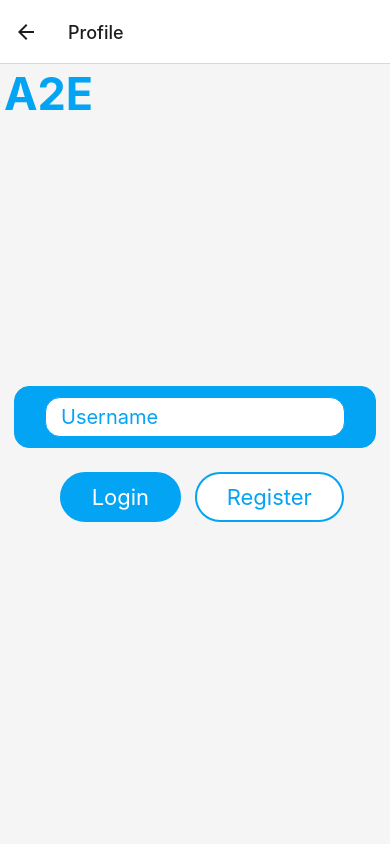
Repository: amartinM1/A2E-UI
Page: /Profile
The author's editor kept a copy of each file at every save. The page is drawn from the files as they stood at one save, then again after the next save.
The browser window is 390 px wide. The pictures show the whole page.
The app was drawn by React Native's web renderer in a window 390 px wide. The project was rebuilt for these pictures with package versions that can differ from the ones it lists, and the page was loaded fresh each time. Some packages were replaced by stand-ins written for this rebuild. Also part of the build but not shown: pages/home.js, pages/dynamicfont.js, pages/settings.js, pages/transcripts.js.

Above is the page before, as saved 2023-03-23 01:12:54.

After the next save:
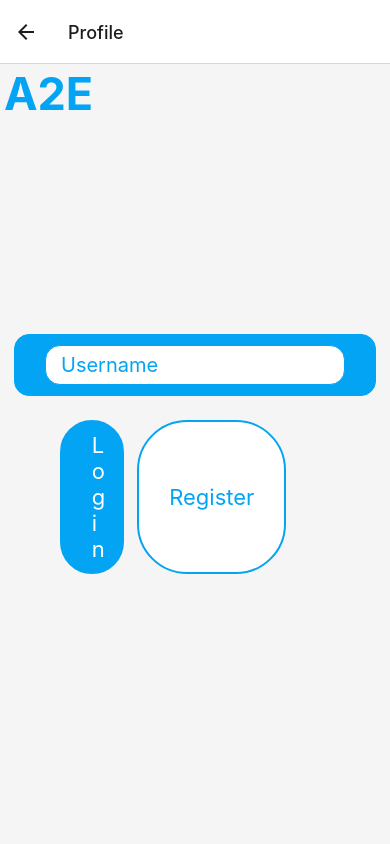
Saved 97 s later.
--- a/pages/profile.js
+++ b/pages/profile.js
@@ -214,13 +214,14 @@ const styles = StyleSheet.create({
         paddingRight: 30,
         paddingLeft: 30,
         paddingVertical: 10,
-        paddingHorizontal: 30,
+        paddingHorizontal:15,
         justifyContent: 'center',
         borderWidth: 2,
         backgroundColor: '#04a4f4',
         borderColor: '#04a4f4',
         //padding: 10,
         borderRadius: 50,
+        width: '10%',
         //marginLeft: 20,
     },
     regBtn: {
